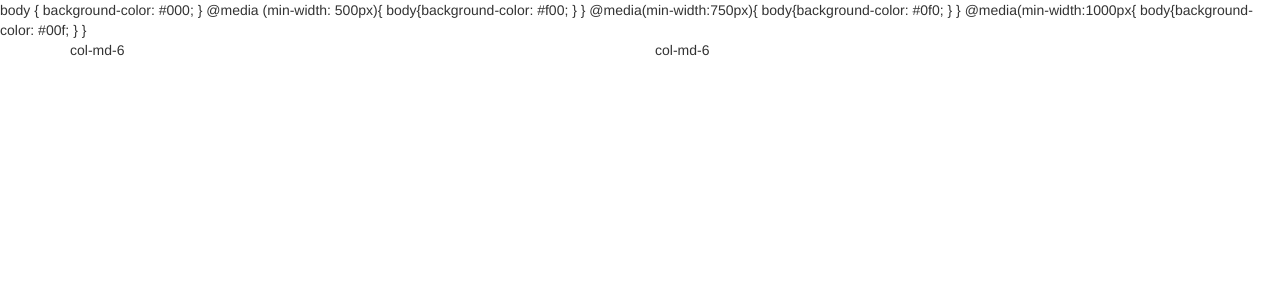
Repository: tooka0115/dab
Page: bootstrap_lesson.html
The author's editor kept a record of every edit. The page is drawn from the files as they stood at one moment, then again after the next edit.
The browser window is 1280 px wide. The pictures show the whole page.

Above is the page before.

### bootstrap_lesson.html
<!DOCTYPE html>
<html>
    <head>
        <meta charset="utf-8">
        <meta http-equiv="X-UA-Compatible" content="IE=edge">
        <meta name="viewport" content="width=device-width, initial-scale=1">

        <title>Grid System Test</title>

        <!-- Bootstrap CSS-->
        <link rel="stylesheet" href="https://maxcdn.bootstrapcdn.com/bootstrap/3.3.7/css/bootstrap.min.css">
        <!-- jQuery -->
        <script src="https://ajax.googleapis.com/ajax/libs/jquery/1.12.4/jquery.min.js"></script>
        <!-- Bootstrap JavaScript-->
        <script src="https://maxcdn.bootstrapcdn.com/bootstrap/3.3.7/js/bootstrap.min.js"></script>

        <style>
            .row.div{
                border: 1px solid #000;
                padding: 1em;
                text-align:center;
                background-color: #dedede;
            }
        </style>

    </head>

    <body>
        body {
          background-color: #000;
        }


        @media (min-width: 500px){
            body{background-color: #f00;
            }
        }

        @media(min-width:750px){
            body{background-color: #0f0;
            }
        }

        @media(min-width:1000px{
            body{background-color: #00f;
            }
        }

        <div class="container">
            <div class="row">
                <div class="col-md-6">col-md-6</div>
                <div class="col-md-6">col-md-6</div>

            </div>
        </div>
    </body>
</html>

After the next edit:
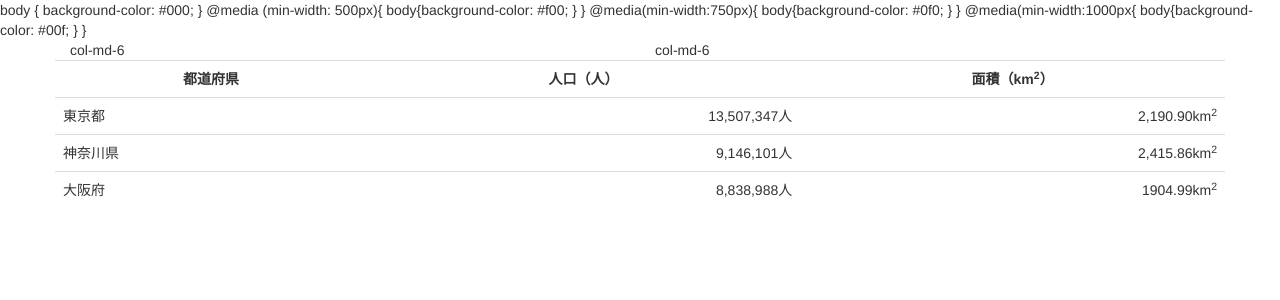
The edit:
--- a/bootstrap_lesson.html
+++ b/bootstrap_lesson.html
@@ -51,6 +51,29 @@
                 <div class="col-md-6">col-md-6</div>
                 <div class="col-md-6">col-md-6</div>
 
+<table class="table">
+    <tr>
+        <th class="text-center">都道府県</th>
+        <th class="text-center">人口（人）</th>
+        <th class="text-center">面積（km<sup>2</sup>）</th>
+    </tr>
+    <tr>
+        <td>東京都</td>
+        <td class="text-right">13,507,347人</td>
+        <td class="text-right">2,190.90km<sup>2</sup></td>
+    </tr>
+    <tr>
+        <td>神奈川県</td>
+        <td class="text-right">9,146,101人</td>
+        <td class="text-right">2,415.86km<sup>2</sup></td>
+    </tr>
+    <tr>
+        <td>大阪府</td>
+        <td class="text-right">8,838,988人</td>
+        <td class="text-right">1904.99km<sup>2</sup></td>
+    </tr>
+</table>
+
             </div>
         </div>
     </body>
